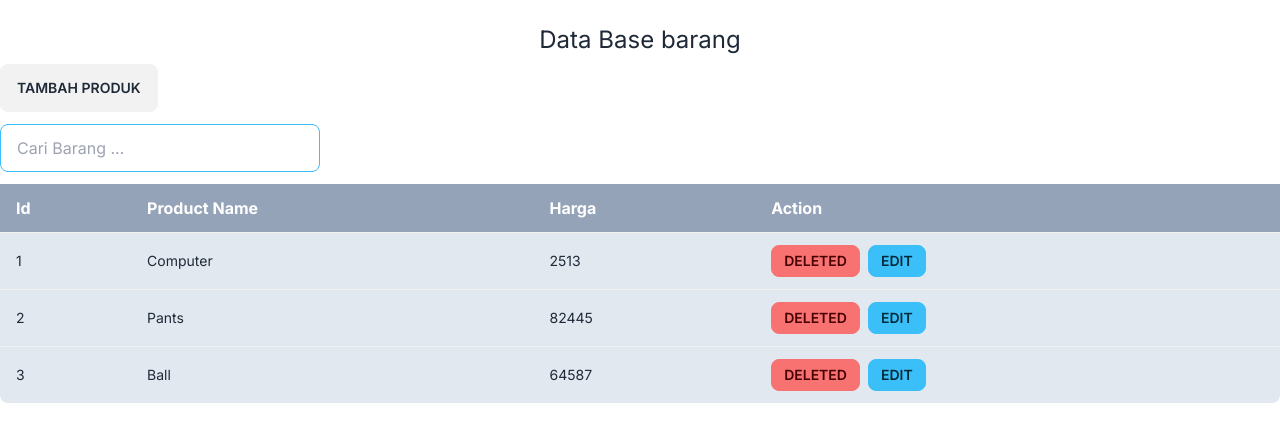
Repository: KilluaProject/Database-item
Page: /
An editor plug-in stored every save of this project. The page is shown before and after the next save, followed by the edit.
The browser window is 1280 px wide. The pictures show the whole page.
The project was rebuilt for these pictures with package versions that can differ from the ones it lists, and the page was loaded fresh each time. The framework's server and built-in components were replaced by stand-ins that run in the browser. Requests to the local data server were answered from the project's data file. Also part of the build but not shown: next.config.js.

Above is the page before, as saved 2023-07-08 18:48:29.

### app/layout.jsx
import './globals.css'
import { Inter } from 'next/font/google'

const inter = Inter({ subsets: ['latin'] })

export const metadata = {
  title: 'Create Next App',
  description: 'Generated by create next app',
}

export default function RootLayout({ children }) {
  return (
    <html data-theme="light" lang="en">
      <body className={inter.className}>{children}</body>
    </html>
  )
}

### app/page.jsx

import { getProducts } from "./api/Api"
import Product from "./components/Product"

export default async function Home() {

  const productList = await getProducts()
  return (
   <div className="container mx-auto py-6 flex flex-col gap-2">

    <h1 className="text-2xl text-center"> Data Base barang </h1>

    <Product productList={productList}/>
   </div>
  )
}

### app/api/Api.jsx

export async function getProducts(){
    const res =  await fetch("http://localhost:5000/products",{ cache: "no-cache" })
    const data = res.json()
    return data
  }

### app/components/Product.jsx
"use client"

import React, { useState } from 'react'
import AddProduk from './AddProduk'
import DeleteProduk from './DeleteProduk';
import UpdateProduk from './UpdateProduk';

export default function ProductList({productList}) {

    const [searchText, setSearchText] = useState("")

    const searchFilter = (productList) => {
        return productList.filter((product) =>
          product.produk.toLowerCase().includes(searchText.toLowerCase())
        );
      };

    const filteredItemList = searchFilter(productList)



  return (
    <div>
        <AddProduk/>
        <input
        className="input input-bordered input-info w-full max-w-xs mt-3"
        type="text"
        value={searchText}
        placeholder="Cari Barang ... "
        onChange={(e)=> setSearchText(e.target.value)}
        />
        <table className="table w-full rounded-lg bg-slate-200 mt-3">
        <thead className="font-bo4e4ld text-base bg-slate-400 text-white">
          <tr>
            <th>Id</th>
            <th>Product Name</th>
            <th>Harga</th>
            <th>Action</th>
          </tr>
        </thead>
        <tbody>
          {filteredItemList.map((product,index) => {
            return (
            <tr key={product.id}>
              <td>{index + 1}</td>
              <td>{product.produk}</td>
              <td>{product.harga}</td>
              <td className="flex gap-2">

                <DeleteProduk {...product}/>
                <UpdateProduk {...product}/>

              </td>
            </tr>
            )
          })}

        </tbody>
      </table>

    </div>
  )
}

### app/components/AddProduk.jsx
"use client"

import React, { useState } from 'react'
import { useRouter } from 'next/navigation'
import { getProducts } from '../api/Api'

export default function AddProduk() {

    const [produk, setProduk] = useState("")
    const [harga, setHarga] = useState("")
    const [modal, setModal] = useState(false)
    const [isMutating, setIsMutating] = useState(false)
    const router = useRouter();

    async function handleSubmit(e){
        e.preventDefault();
        setIsMutating(true)
        await fetch ("http://localhost:5000/products" , {
            method: "POST",
            headers: {
                "Content-Type" : "application/json",
            },
            body: JSON.stringify({
                produk : produk,
                harga : harga,
            }),

        });

        setIsMutating(false)
        setProduk("");
        setHarga("");
        router.refresh();
        setModal(false)

    }

    function handleChange(){
        setModal(!modal)
    }


  return (
    <div>
        <button className="btn" onClick={handleChange}>Tambah Produk</button>
        <input type="checkbox" checked={modal} onChange={handleChange} className="modal-toggle" />

        <div className="modal">
            <div className="modal-box">
                <h3 className="font-bold">Add New Product</h3>
                <form onSubmit={handleSubmit}>
                    <div className="form-control">
                        <label className="label">Nama Produk</label>
                        <input type="text" value={produk} onChange={(e) => setProduk(e.target.value)}  className="input w-full input-bordered" />
                    </div>
                    <div className="form-control">
                        <label className="label ">Harga</label>
                        <input type="text" value={harga} onChange={(e) => setHarga(e.target.value)}  className="input w-full input-bordered" />
                    </div>
                    <div className="modal-action">
                        <button type="button" className="btn" onClick={handleChange}>Close</button>

                        {!isMutating ? (

                            <button type="submit" className="btn btn-primary" onClick={handleChange}> Save</button>
                        ): (

                            <button type="button" className="btn btn-loading" onClick={handleChange}> Saving ...</button>
                        )}
                    </div>
                </form>

            </div>
        </div>

    </div>
  )
}

### app/components/DeleteProduk.jsx
"use client"

import React, { useState } from 'react'
import { useRouter } from 'next/navigation'

export default function DeleteProduk(product) {

    const [modal, setModal] = useState(false)
    const [isMutating, setIsMutating] = useState(false)
    const router = useRouter();

    async function handleDeleted(productId){
        setIsMutating(true)
        await fetch (`http://localhost:5000/products/${productId}`, {
            method: "DELETE",
        });

        setIsMutating(false)
        router.refresh();
        setModal(false)

    }

    function handleChange(){
        setModal(!modal)
    }


  return (
    <div>
        <button className="btn btn-error btn-sm" onClick={handleChange}>Deleted</button>
        <input type="checkbox" checked={modal} onChange={handleChange} className="modal-toggle" />

        <div className="modal">
            <div className="modal-box">
                <h3 className="font-bold text-lg text-center">Anda Yakin Mau Menghapus Produk {product.produk} ?</h3>

                    <div className="modal-action">
                        <button type="button" className="btn" onClick={handleChange}>Close</button>

                        {!isMutating ? (

                            <button type="button" className="btn btn-primary" onClick={() => handleDeleted(product.id)}> Delete</button>
                        ): (

                            <button type="button" className="btn btn-loading" onClick={handleChange}>Deleting ... </button>
                        )}
                    </div>


            </div>
        </div>

    </div>
  )
}

### app/components/UpdateProduk.jsx
"use client"

import React, { useState } from 'react'
import { useRouter } from 'next/navigation'

export default function UpdateProduk(product) {

    const [produk, setProduk] = useState(product.produk)
    const [harga, setHarga] = useState(product.harga)
    const [modal, setModal] = useState(false)
    const [isMutating, setIsMutating] = useState(false)
    const router = useRouter();

    async function handleUpdate(e){
        e.preventDefault();
        setIsMutating(true)
        await fetch (`http://localhost:5000/products/${product.id}`,{
            method: "PATCH",
            headers: {
                "Content-Type" : "application/json",
            },
            body: JSON.stringify({
                produk : produk,
                harga : harga,
            }),

        });

        setIsMutating(false)
        router.refresh();
        setModal(false)

    }

    function handleChange(){
        setModal(!modal)
    }


  return (
    <div>
        <button className="btn btn-info btn-sm" onClick={handleChange}>Edit</button>
        <input type="checkbox" checked={modal} onChange={handleChange} className="modal-toggle" />

        <div className="modal">
            <div className="modal-box">
                <h3 className="font-bold">Edit Product</h3>
                <form onSubmit={handleUpdate}>
                    <div className="form-control">
                        <label className="label">Nama Produk</label>
                        <input type="text" value={produk} onChange={(e) => setProduk(e.target.value)}  className="input w-full input-bordered" />
                    </div>
                    <div className="form-control">
                        <label className="label ">Harga</label>
                        <input type="text" value={harga} onChange={(e) => setHarga(e.target.value)}  className="input w-full input-bordered" />
                    </div>
                    <div className="modal-action">
                        <button type="button" className="btn" onClick={handleChange}>Close</button>

                        {!isMutating ? (

                            <button type="submit" className="btn btn-primary" onClick={handleChange}> Update</button>
                        ): (

                            <button type="button" className="btn btn-loading" onClick={handleChange}> Updating ...</button>
                        )}
                    </div>
                </form>

            </div>
        </div>

    </div>
  )
}

### tailwind.config.js
/** @type {import('tailwindcss').Config} */
module.exports = {

  content: [
    './pages/**/*.{js,ts,jsx,tsx,mdx}',
    './components/**/*.{js,ts,jsx,tsx,mdx}',
    './app/**/*.{js,ts,jsx,tsx,mdx}',
  ],
  theme: {
    extend: {
      backgroundImage: {
        'gradient-radial': 'radial-gradient(var(--tw-gradient-stops))',
        'gradient-conic':
          'conic-gradient(from 180deg at 50% 50%, var(--tw-gradient-stops))',
      },
    },
  },

  daisyui: {
    themes: ["light", "dark", "cupcake"],
  },

  plugins: [require("daisyui")],
}

### db.json
{
  "products": [
    {
      "produk": "Computer",
      "harga": 2513,
      "id": "1"
      },
      {
      "produk": "Pants",
      "harga": 82445,
      "id": "2"
      },
      {
      "produk": "Ball",
      "harga": 64587,
      "id": "3"
      }
  ]
}

Loaded but not shown: app/globals.css (common file)

After the next save:
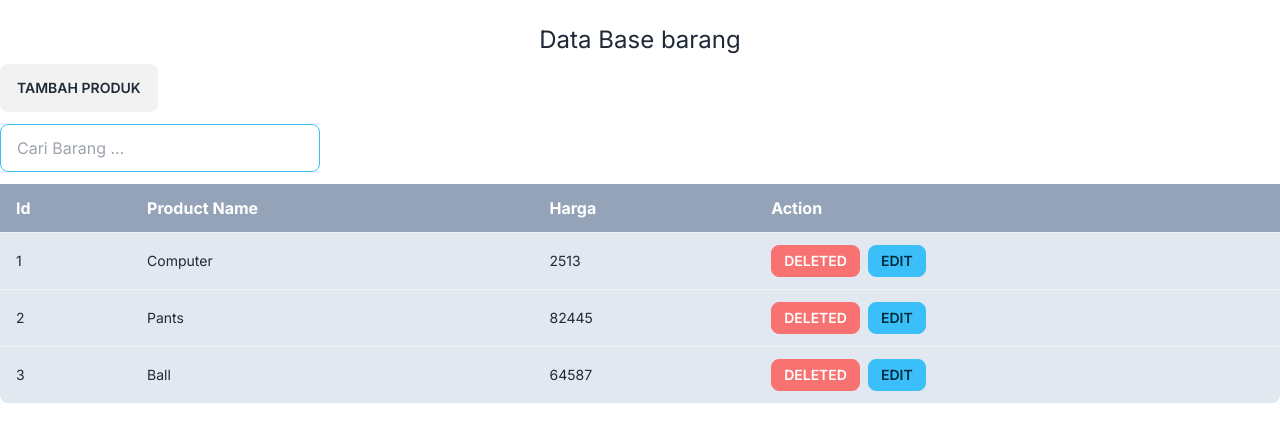
Saved 55 s later.
--- a/app/components/DeleteProduk.jsx
+++ b/app/components/DeleteProduk.jsx
@@ -28,7 +28,7 @@
 
   return (
     <div>
-        <button className="btn btn-error btn-sm" onClick={handleChange}>Deleted</button>
+        <button className="btn btn-error btn-sm text-white" onClick={handleChange}>Deleted</button>
         <input type="checkbox" checked={modal} onChange={handleChange} className="modal-toggle" />
 
         <div className="modal">

After the save that followed:
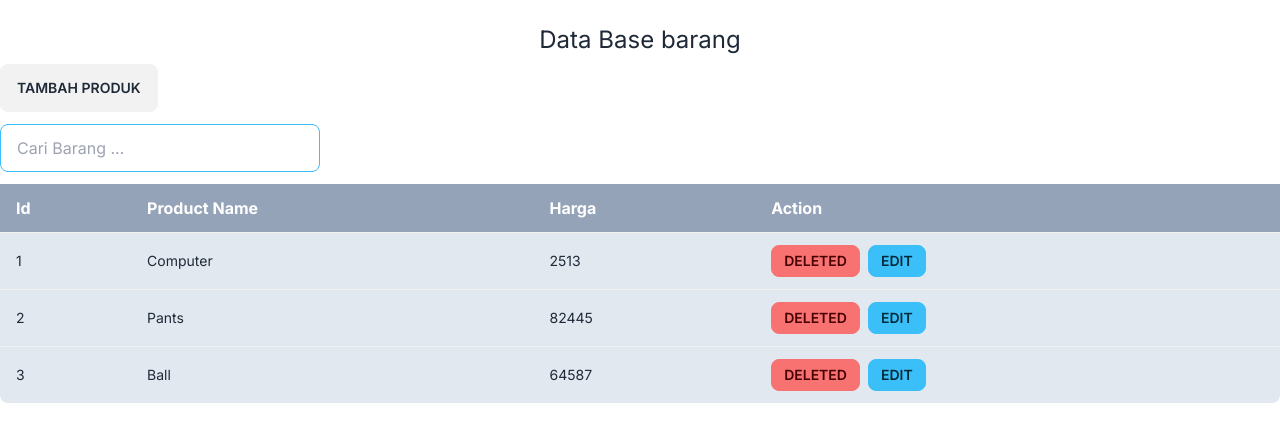
Saved 9 s later.
--- a/app/components/DeleteProduk.jsx
+++ b/app/components/DeleteProduk.jsx
@@ -28,7 +28,7 @@
 
   return (
     <div>
-        <button className="btn btn-error btn-sm text-white" onClick={handleChange}>Deleted</button>
+        <button className="btn btn-error btn-sm" onClick={handleChange}>Deleted</button>
         <input type="checkbox" checked={modal} onChange={handleChange} className="modal-toggle" />
 
         <div className="modal">
